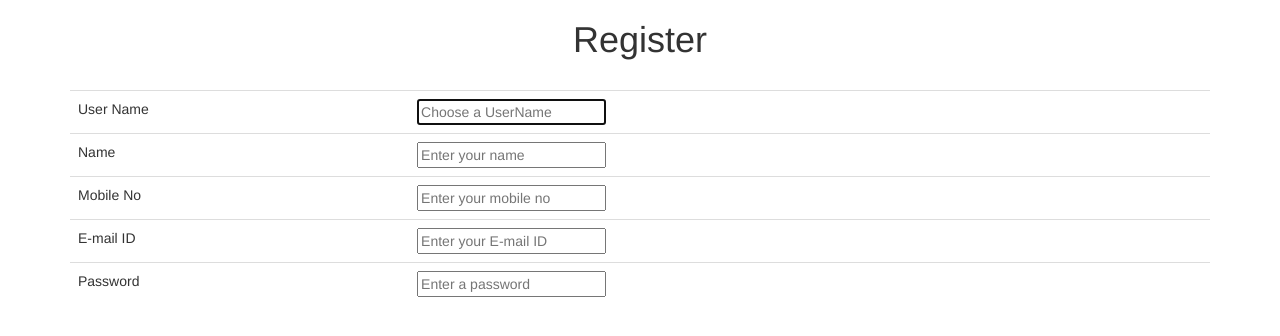
Repository: Kaustubh-Kallianpur/Practise-Programs
Page: http://localhost/pureJDBC/register.jsp
An editor plug-in stored every save of this project. The page is shown before and after the next save, followed by the edit.
The browser window is 1280 px wide. The pictures show the whole page.
The page is served by Tomcat 9. Other server files are loaded and not shown.

Above is the page before, as saved 2017-04-05 07:55:20.

### pureJDBC/WebContent/register.jsp
<%@ page language="java" contentType="text/html; charset=ISO-8859-1"
    pageEncoding="ISO-8859-1"%>
<!DOCTYPE html>
<html>
<head>
<meta http-equiv="Content-Type" content="text/html; charset=ISO-8859-1">
<title>Register Here</title>
<script src="resources/js/jquery-3.2.0.min.js"></script>
<script src="resources/js/bootstrap.min.js"></script>
<link rel="stylesheet" type="text/css" href="resources/css/bootstrap.min.css">
</head>
<body>
	<div class="container">
		<h1 style="text-align: center;"> Register </h1>
		<br>
			<form action="">
				<table class="table">
					<tr>
						<td>User Name</td>
						<td><input type="text" autofocus="autofocus" placeholder="Choose a UserName" maxlength="100"></td>
					</tr>
					<tr>
						<td>Name</td>
						<td><input type="text" placeholder="Enter your name" maxlength="200"></td>
					</tr>
					<tr>
						<td>Mobile No</td>
						<td><input type="text" placeholder="Enter your mobile no" maxlength="200"></td>
					</tr>
					<tr>
						<td>E-mail ID</td>
						<td><input type="text" placeholder="Enter your E-mail ID" maxlength="250"></td>
					</tr>
					<tr>
						<td>Password</td>
						<td><input type="text" placeholder="Enter a password" maxlength="50"></td>
					</tr>
				</table>
			</form>
	</div>
</body>
</html>

Loaded but not shown: pureJDBC/WebContent/resources/js/jquery-3.2.0.min.js (library); pureJDBC/WebContent/resources/js/bootstrap.min.js (library); pureJDBC/WebContent/resources/css/bootstrap.min.css (library)

After the next save:
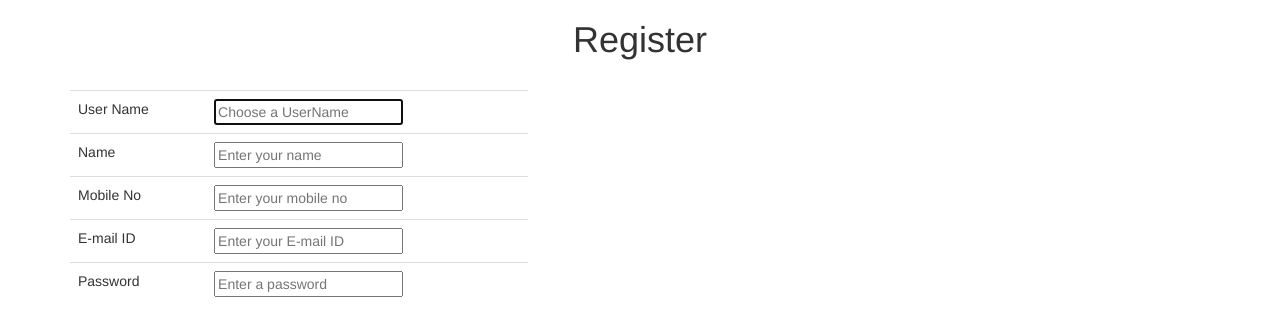
Saved 44 s later.
--- a/pureJDBC/WebContent/register.jsp
+++ b/pureJDBC/WebContent/register.jsp
@@ -13,6 +13,8 @@
 	<div class="container">
 		<h1 style="text-align: center;"> Register </h1>
 		<br>
+			<div class="row">
+			<div class="col-md-5">
 			<form action="">
 				<table class="table">
 					<tr>
@@ -37,6 +39,9 @@
 					</tr>
 				</table>
 			</form>
+			</div>
+			<div class="col-md-7"></div>
+			</div>
 	</div>
 </body>
 </html>
